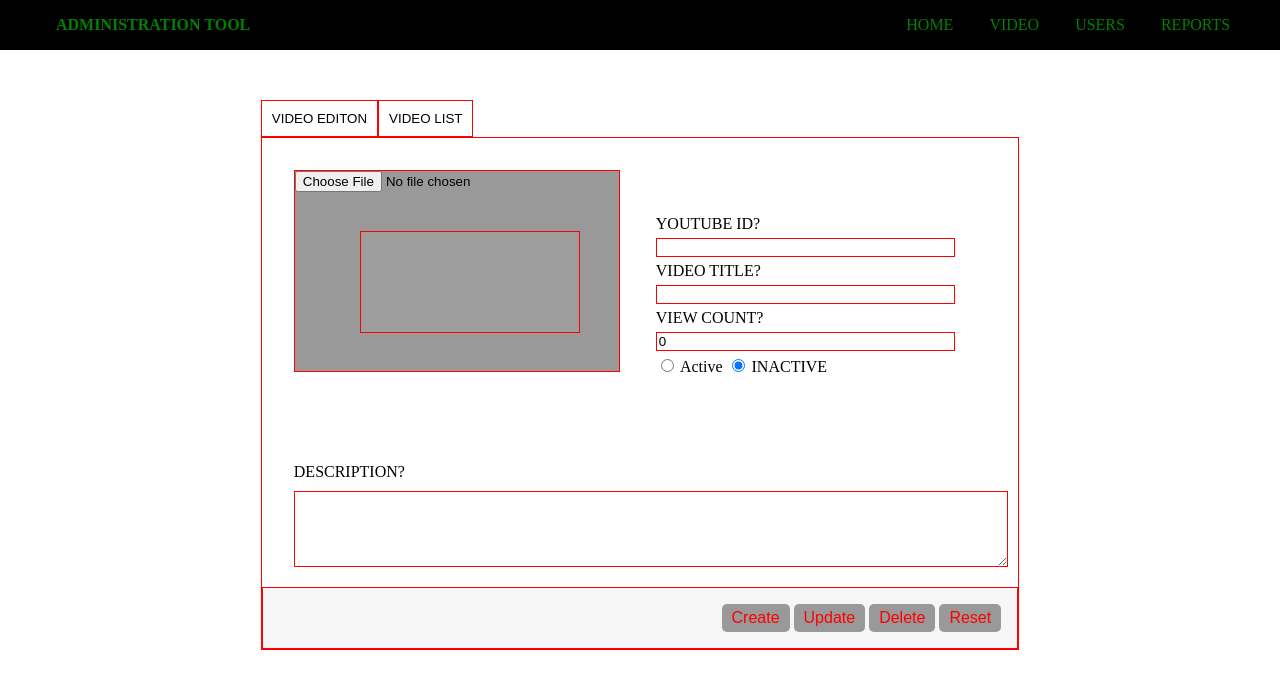
Repository: Korean2206/web
Page: http://localhost/asm/views/admin/ManageVideo.jsp
The author's editor kept a copy of each file at every save. The page is drawn from the files as they stood at one save, then again after the next save.
The browser window is 1280 px wide. The pictures show the whole page.
Pictures or frames that could not be fetched are drawn as grey boxes. The page is served by Tomcat 9. Other server files are loaded and not shown. The template is opened directly, without the code that normally fills it, so the values that code supplies are empty.

Above is the page before, as saved 2023-04-09 12:51:54.

### asm/src/main/webapp/views/admin/ManageVideo.jsp
<%@ page language="java" contentType="text/html; charset=UTF-8"
	isELIgnored="false" pageEncoding="UTF-8"%>
<%@ taglib uri="http://java.sun.com/jstl/core_rt" prefix="c"%>

<!DOCTYPE html>
<html>
<head>
<meta charset="UTF-8">
<title>Insert title here</title>
<link rel="stylesheet" href="/asm/views/ManageVideo.css">
</head>
<body>
<c:url var="url" value="/video"/>

		<%@ include file="/views/admin/Nav.jsp" %>

	<div class="app_container">
		<div class="app_tab__button">
			<button style="background-color:#fff;" class="edit" onclick="tab('edit')">VIDEO EDITON</button>
			<button style="background-color:#fff;" class="list" onclick="tab('list')">VIDEO LIST</button>
		</div>

		<form id="edit" class="video" action="${url}/index" method="post" enctype="multipart/form-data" >
			<div class="video_body">
				<div class="row">
					<div class="col">
						<div class="video_background" >
							<input id="fileInput" type="file" name="photo_file" onchange="readURL(this);">
							<label for="fileInput">
							<img id="blah" alt="" src="/asm/${img}">
							</label>
						</div>
					</div>
					<div class="col">
						YOUTUBE ID? <br> <input type="text" name="videoid" value="${video.id }" ${disabled }> <br> VIDEO
						TITLE? <br> <input type="text" name="title" value="${video.title}"> <br> VIEW COUNT?
						<br> <input type="number" name="views" value="0" readonly="readonly"> <br>
						<div class="check_active">
							<input type="radio" name="status" value="true" ${video.active?'checked':''}> Active <input
								type="radio" name="status" value="false" ${video.active?'':'checked'}> INACTIVE
						</div>
					</div>
				</div>
				<div class="row" style="margin-left: 16px;">
					DESCRIPTION? <br>
					<textarea name="description" value="${video.description }">${video.description }</textarea>
					<br>
				</div>
			</div>
			<div class="video_footer">
			<span style="color:red;margin-right: 16px;">${message }</span>
				<button formaction="${url}/create">Create</button>
				<button formaction="${url}/update">Update</button>
				<button formaction="${url}/delete">Delete</button>
				<button formaction="${url}/index">Reset</button>
			</div>
		</form>

		<div id="list" class="video" style="display: none">
			<div class="list_body">
				<table style="width: 100%">
					<tr>
						<th>Youtube Id</th>
						<th>Video Title</th>
						<th>View Count</th>
						<th>Status</th>
						<th></th>

					</tr>
					<c:forEach var="item" items="${videos}">
					<tr>
						<td>${item.id }U</td>
						<td>${item.title }</td>
						<td>${item.views }</td>
						<td>${item.active }</td>
						<td><a href="/asm/video/edit/${item.id}">Edit</a></td>
					</tr>
					</c:forEach>

				</table>
			</div>
			<div class="list_footer">
				<button>|<</button>
				<button><<</button>
				<button>>></button>
				<button>>|</button>
			</div>
		</div>
	</div>
	<script>
		function tab(name) {
			var i;
			var x = document.getElementsByClassName("video");
			for (i = 0; i < x.length; i++) {
				x[i].style.display = "none";
			}
			document.getElementById(name).style.display = "block";
			document.getElementsByClassName(name).style.backgroundColor = "#999";
		}
		function readURL(input) {
			  if (input.files && input.files[0]) {
			    var reader = new FileReader();

			    reader.onload = function (e) {
			      $('#blah').attr('src', e.target.result).width(150).height(200);
			    };

			    reader.readAsDataURL(input.files[0]);
			  }
			}
	</script>
</body>
</html>

### asm/src/main/webapp/views/admin/Nav.jsp
<%@ page language="java" contentType="text/html; charset=UTF-8"
    pageEncoding="UTF-8"%>
<!DOCTYPE html>

<link rel="stylesheet" href="/asm/views/css/NavAd.css">
<header>
		<nav>
			<ul class="header_nav">
				<li style="color: green; font-weight: bold;">ADMINISTRATION TOOL</li>
				<li><a href="/asm/home">HOME</a></li>
				<li><a href="/asm/video/index">VIDEO</a></li>
				<li><a href="/asm/user/index">USERS</a></li>
				<li><a href="/asm/admin/report_management">REPORTS</a></li>

			</ul>
		</nav>
	</header>

### asm/src/main/webapp/views/ManageVideo.css
@charset "UTF-8";

.app_container {
	margin:0 20%;
	margin-top: 100px;
}
.video{
	border: solid 1px red;
}
.row {
	padding: 16px;
}
.video_background {
	background-color: #999;
	border:solid 1px red;
	height: 100%;
}
.video_background  > label {
	margin-left: 8%;
}
.video_background  > label > img{
    border: solid 1px red;
    height: 100px;
    width: 218px;
    margin: 12%;
    cursor: pointer;
    }

.col {
	display: inline-block;
	width: 45%;
	margin: 16px;
	height: 200px;
}
.col > input {
	border: solid 1px red;
	width: 90%;
	margin: 5px 0;

}
.row >textarea {
	margin-top: 10px;
	width: 100%;
	border: solid 1px red;
	height: 70px;
}
.video_footer  {
	background-color: #f6f6f6;
	border: solid 1px red;
	text-align: end;
	padding: 16px;

}
.video_footer > button  {
	color: red;
	background-color: #999;
	border: none;
	border-radius: 5px;
	font-size: 16px;
	padding: 5px 10px;
	cursor: pointer;
}
.app_tab__button > button{
	    border: solid 1px red;
    background-color: #fff;
    padding: 10px;
    margin-right: -4px;
}
table, th, td {
  border: 1px solid black;
  border-collapse: collapse;
}
.list_footer {
	background-color: #f6f6f6;
	border: solid 1px red;
	text-align: end;
	padding: 12px;
}
.list_footer > button {
	color: red;
	background-color: #999;
	border: none;
	border-radius: 5px;
	font-size: 16px;
	padding: 5px 10px;
}

### asm/src/main/webapp/views/css/NavAd.css
@charset "UTF-8";

@charset "UTF-8";

header {
	margin: auto;
	position: fixed;
	top:0;
	left: 0;
	right: 0;
	z-index: 10;
}
.header_nav {
    list-style: none;
	background-color: #000;
	margin: 0;

}
.header_nav  >li:first-child {
	margin-right: 50%;
}

.header_nav > li > a {
	text-decoration: none;
	color:green;
}
.header_nav > li {
	display: inline-block;
	padding: 16px;
}



.header_nav > li:first-child > a {
	color: yellow;
	font-weight: bold;
	text-shadow: black 1px 1px;
}

After the next save:
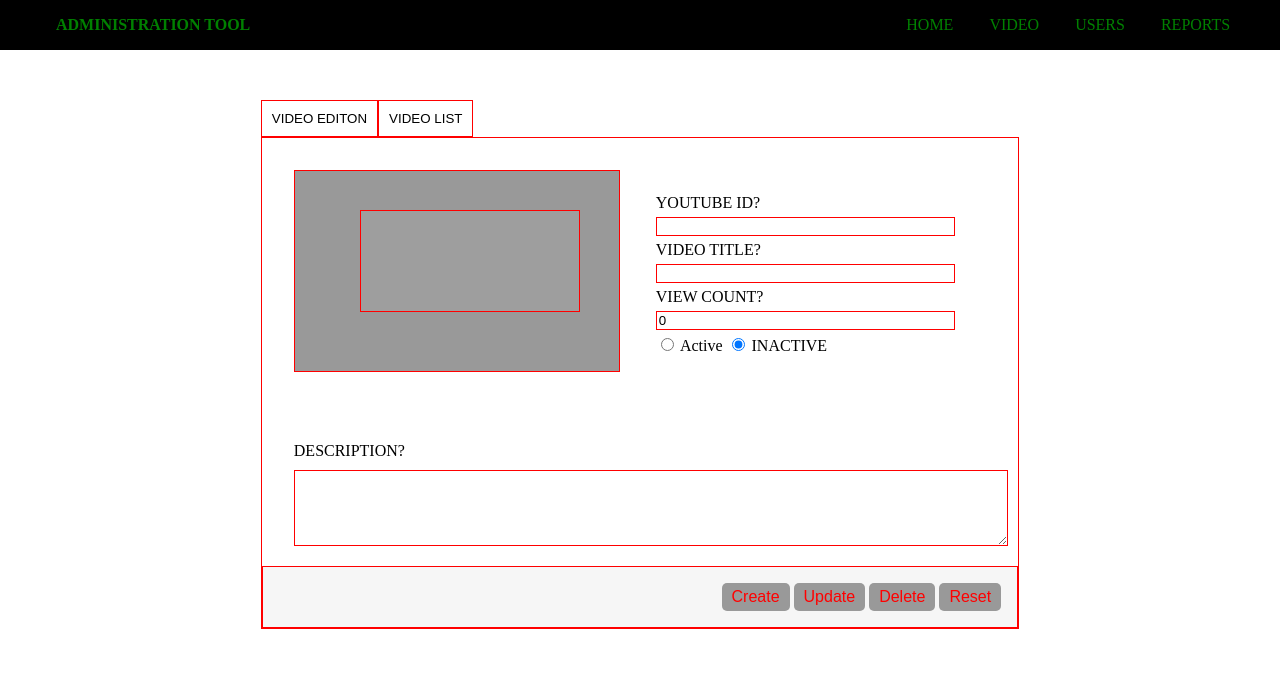
Saved 11 s later.
--- a/asm/src/main/webapp/views/admin/ManageVideo.jsp
+++ b/asm/src/main/webapp/views/admin/ManageVideo.jsp
@@ -25,7 +25,7 @@
 				<div class="row">
 					<div class="col">
 						<div class="video_background" >
-							<input id="fileInput" type="file" name="photo_file" onchange="readURL(this);">
+							<input id="fileInput" type="file" name="photo_file" onchange="readURL(this);" hidden>
 							<label for="fileInput">
 							<img id="blah" alt="" src="/asm/${img}">
 							</label>
